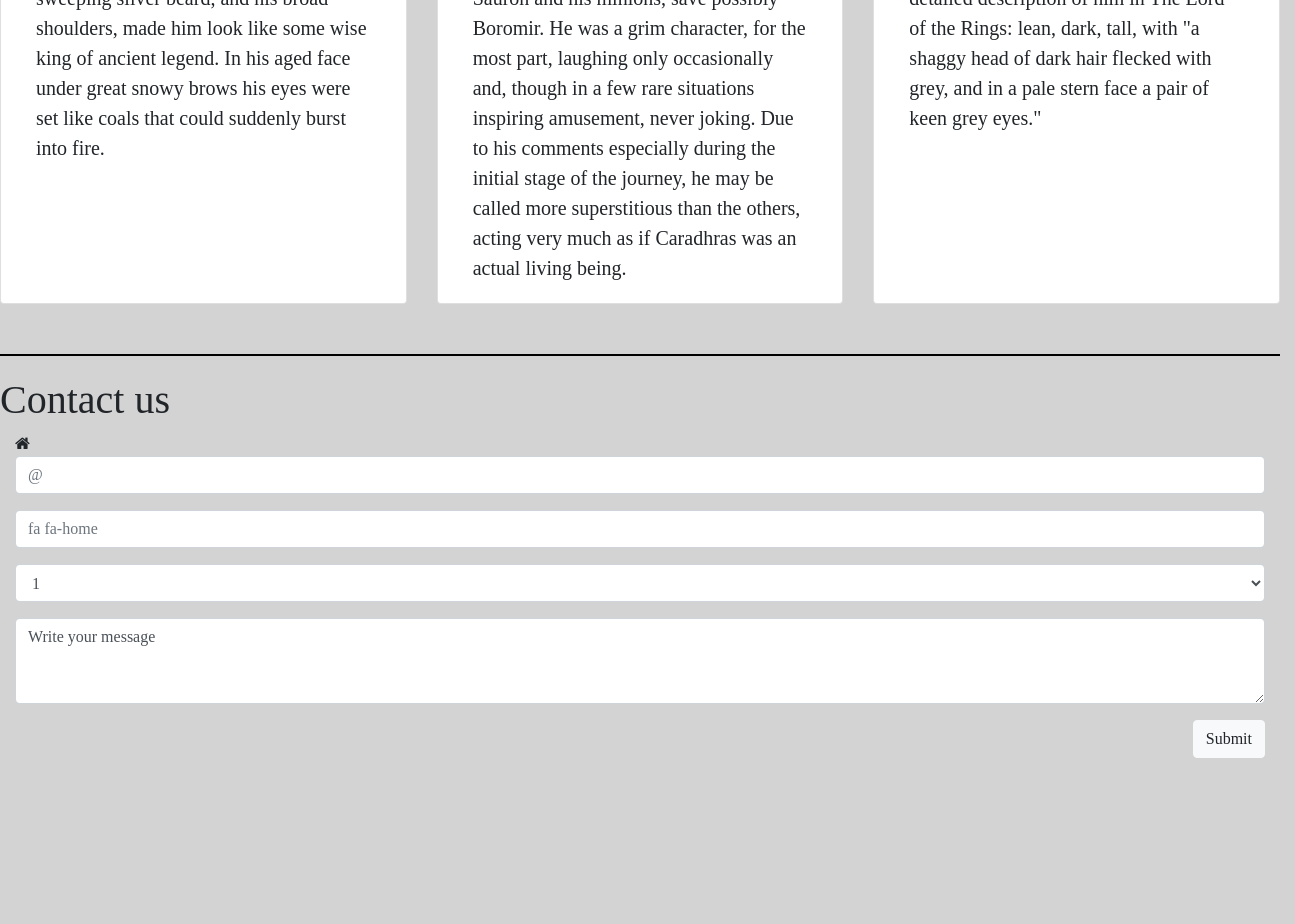
Repository: Khaleddwm/FindThePrecious
Page: index.html
These files come from the project's save history. The page is drawn as it stood at one moment and after the next save; the edit follows.
The browser window is 1280 px wide. The page is 1295 px wide, so the pictures cover 1295 px, including what lies to the right of the window. The pictures show the part of the page from y = 1556 to 2480 px (the page is 2528 px tall).
Some web fonts or font styles are not loaded; a fallback is used.

Above is the page before, as saved 2020-05-24 22:38:56.

After the next save:
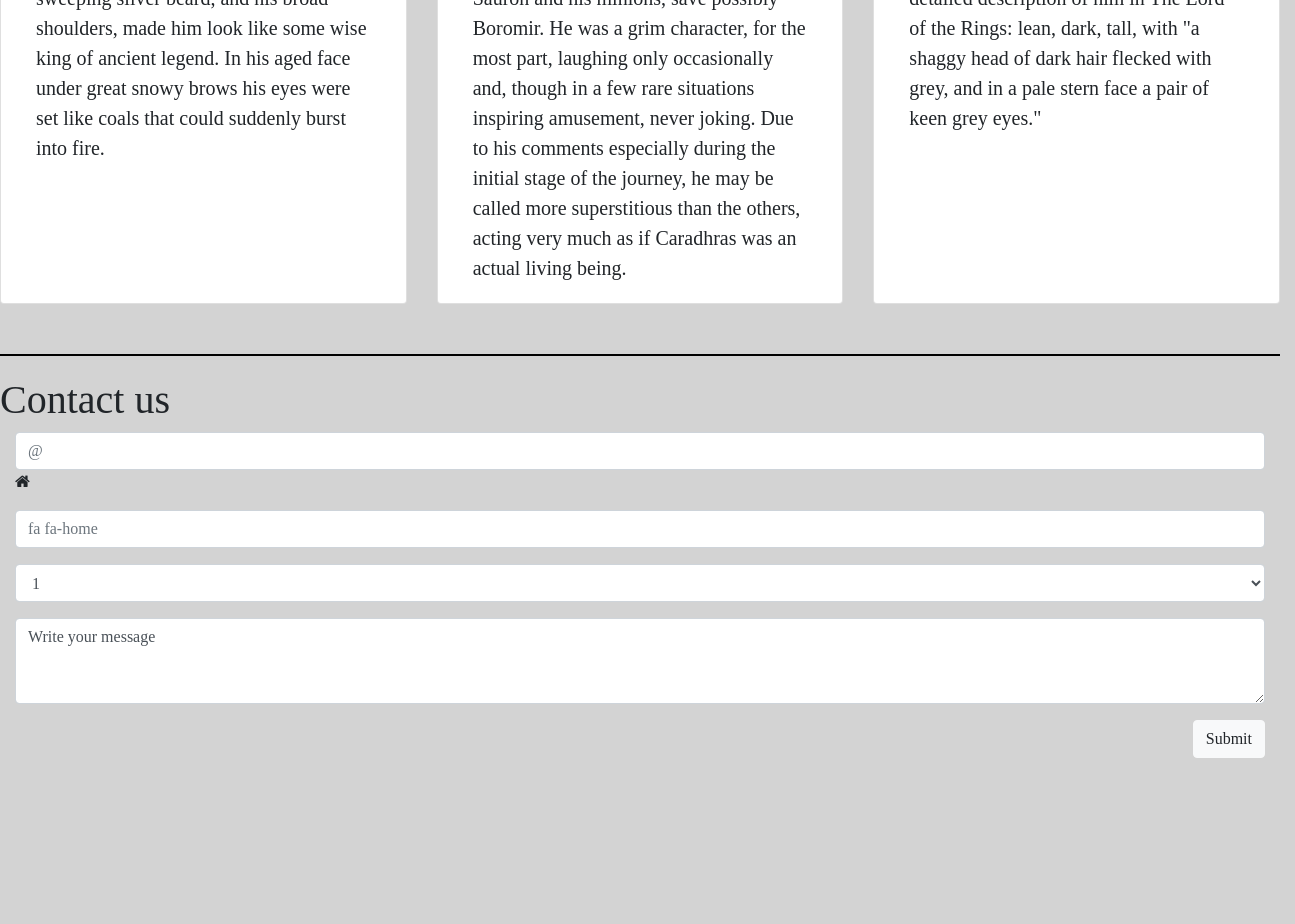
Saved 48 s later.
--- a/index.html
+++ b/index.html
@@ -110,7 +110,7 @@
         <h1>Contact us</h1>
         <form class="container-fluid">
             <div class="form-group">
-                <i class="fa fa-home"></i><input type="email" class="form-control" id="email" placeholder="@">
+                <input type="email" class="form-control" id="email" placeholder="@"><i class="fa fa-home"></i></input>
             </div>
             <div class="form-group">
                 <input type="email" class="form-control" id="email" placeholder="fa fa-home">
